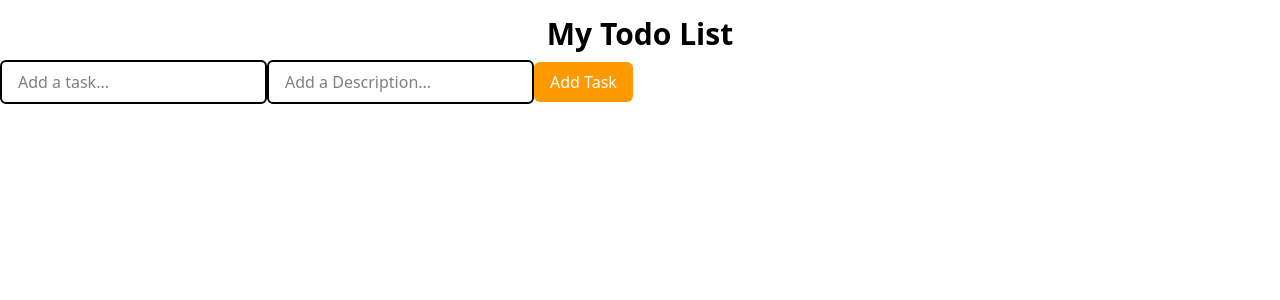
Repository: vgor15/todo-list
Page: /
These files come from the project's save history. The page is drawn as it stood at one moment and after the next save; the edit follows.
The browser window is 1280 px wide. The pictures show the whole page.
The project was rebuilt for these pictures with package versions that can differ from the ones it lists, and the page was loaded fresh each time. The framework's server and built-in components were replaced by stand-ins that run in the browser. Also part of the build but not shown: next.config.js, next.config.mjs.

Above is the page before, as saved 2025-03-05 10:31:22.

After the next save:
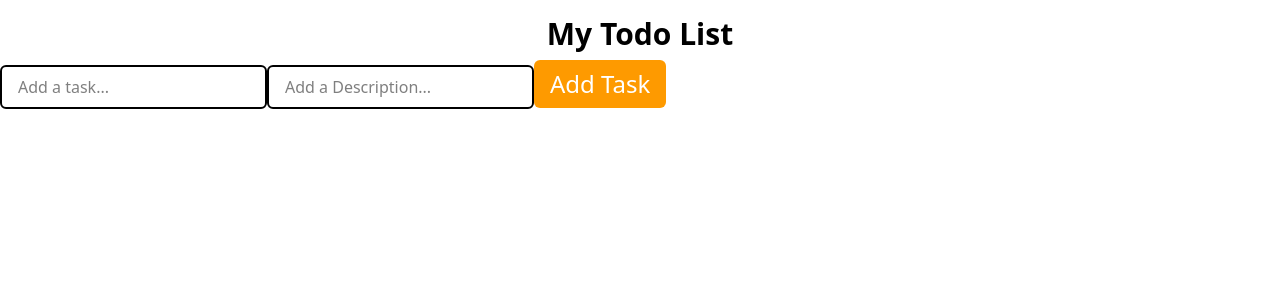
Saved 18 s later.
--- a/app/page.js
+++ b/app/page.js
@@ -19,7 +19,7 @@ const page = () => {
           id=""
           placeholder="Add a Description..."
         />
-        <button className="bg-amber-500 px-4 py-2 rounded-md text-white">
+        <button className="bg-amber-500 px-4 py-2 rounded-md text-2xl text-white">
           Add Task
         </button>
       </form>
